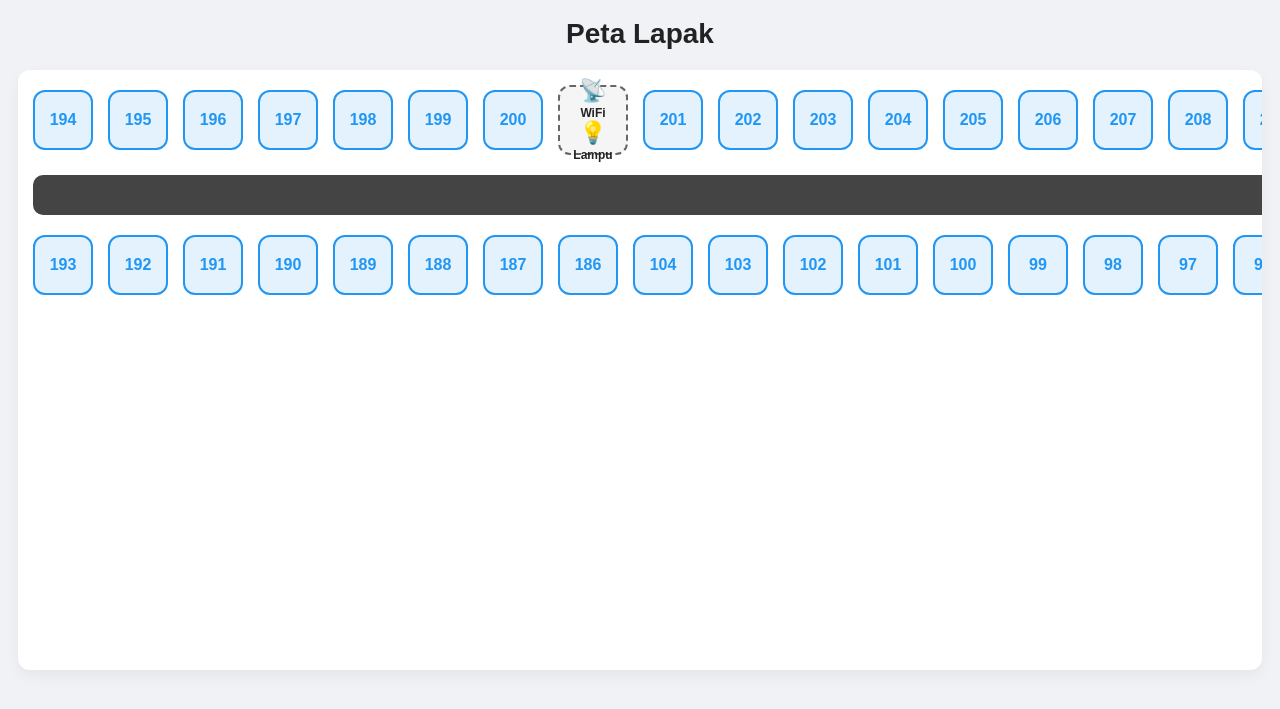
Repository: pasarrakyatbak/denah
Page: index.html
The author's editor kept a copy of each file at every save. The page is drawn from the files as they stood at one save, then again after the next save.
The browser window is 1280 px wide. The pictures show the whole page.

Above is the page before, as saved 2025-09-19 10:03:06.

After the next save:
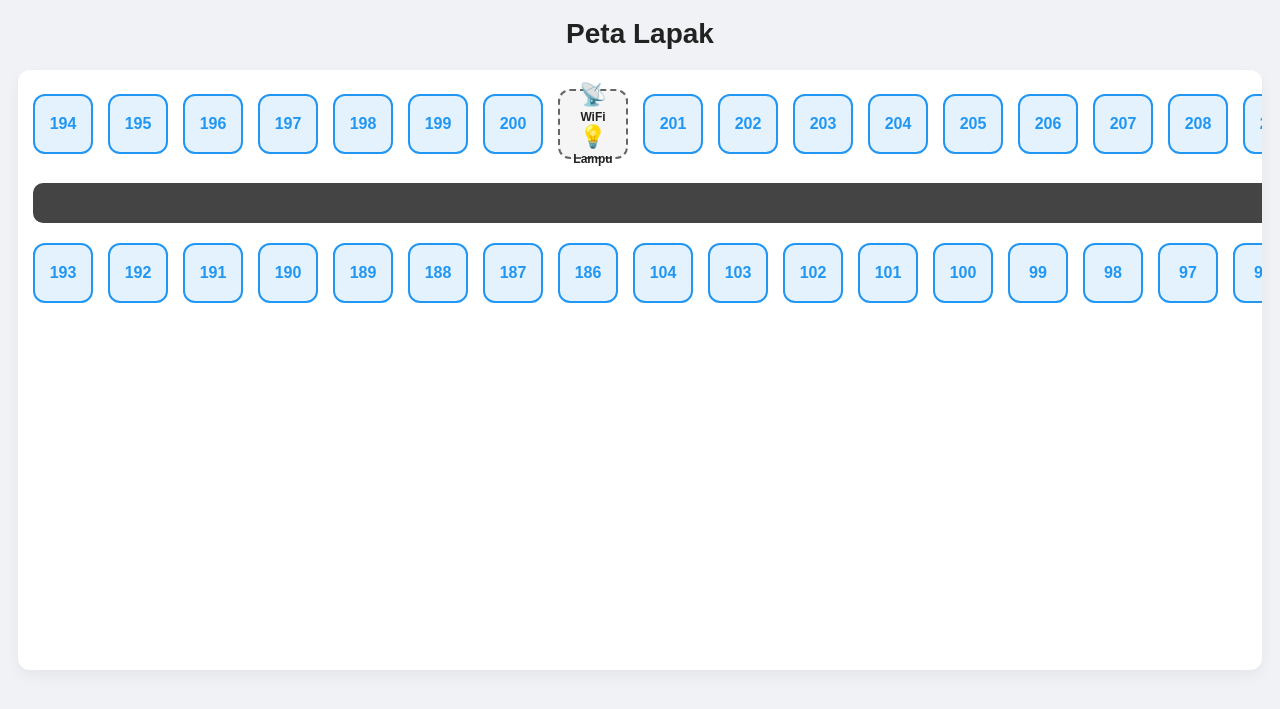
Saved 8 s later.
--- a/script.js
+++ b/script.js
@@ -114,6 +114,7 @@ function placeSungaiAboveLapak(parent, targetNum) {
 }
 
 placeSungaiBelowLapak(leftSide, 62);
+placeSungaiAboveLapak(rightSide, 141);
 // Tiang wifi + lampu
 function insertTiangBetween(parent, a, b) {
     const children = Array.from(parent.children);
